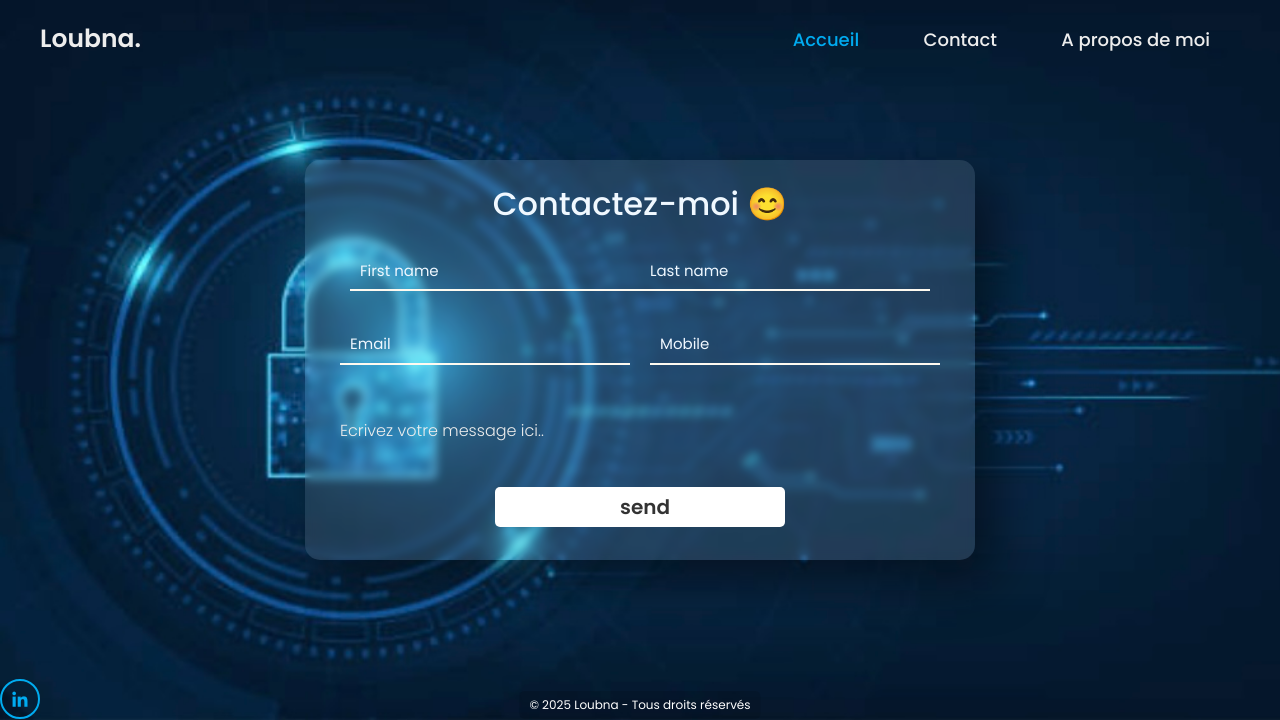
Repository: Loubna77290/Portfolio-de-Loubna
Page: contact.html
These files come from the project's save history. The page is drawn as it stood at one moment and after the next save; the edit follows.
The browser window is 1280 px wide. The pictures show the whole page.

Above is the page before, as saved 2025-03-10 23:47:28.

After the next save:
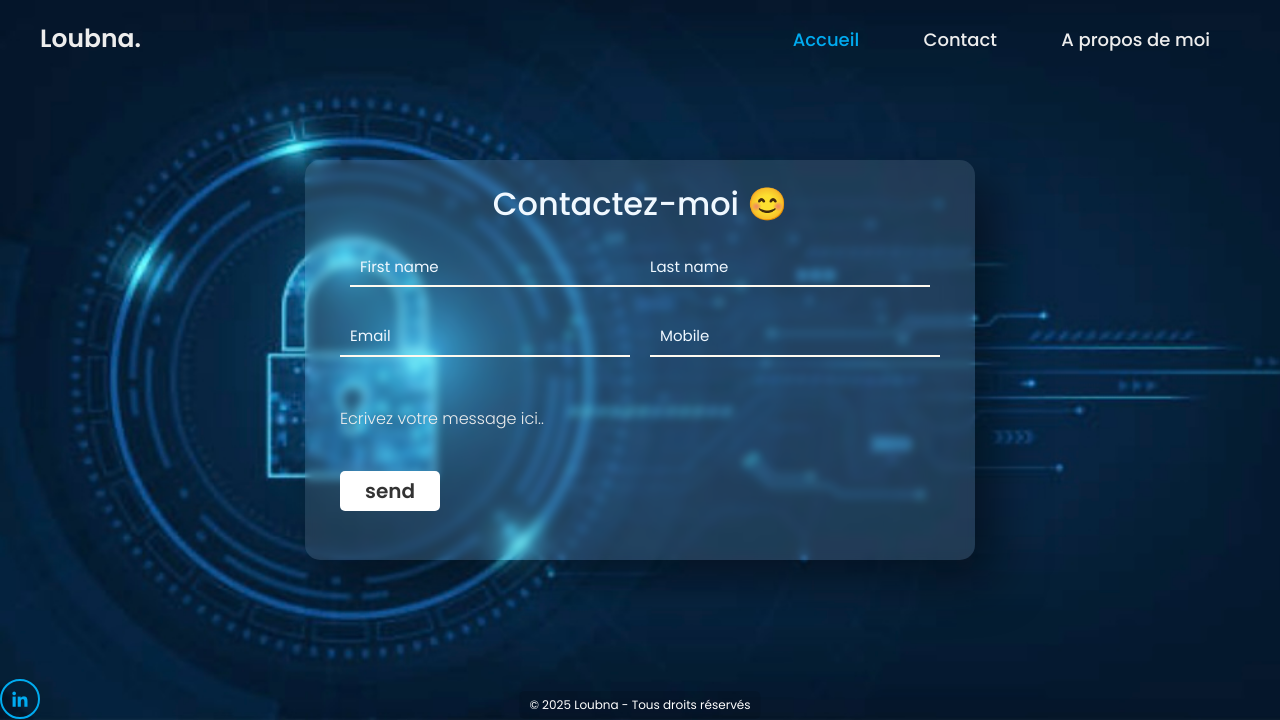
Saved 87 s later.
--- a/style.css
+++ b/style.css
@@ -353,6 +353,18 @@ textarea::-webkit-scrollbar-thumn {
     font-weight: 600;
     font-size: 20px;
     color: #333;
+    width: 100px;
+    padding: 0;
+    margin-right: 500px;
+    margin-bottom: 30px;
+    transition: 0.3s;
+
+}
+
+
+.contact-background form #button:hover {
+    opacity: 0.7;
+
 }
 /* footer page à propos de moi  */
 footer {
